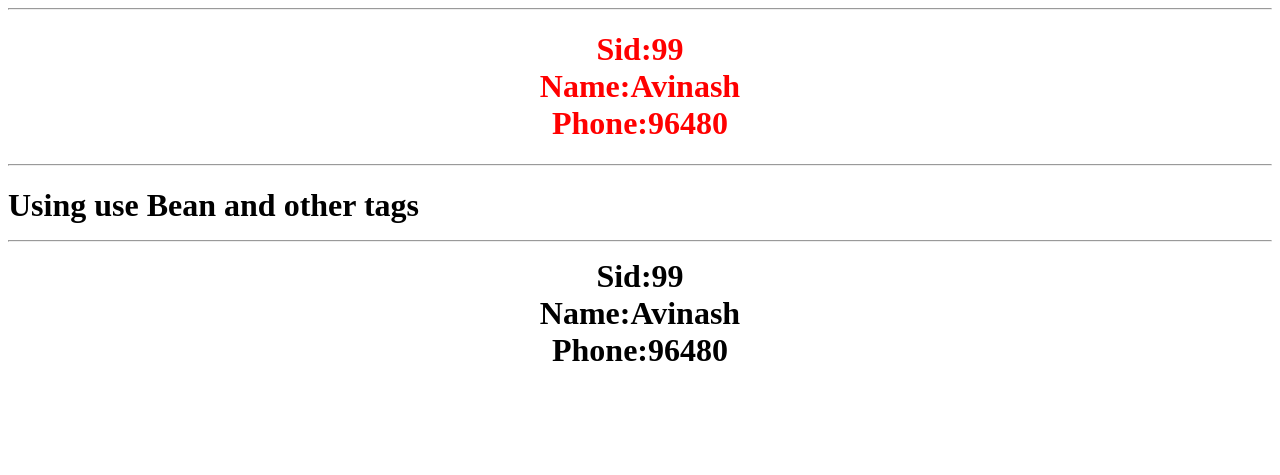
Repository: avinashxr10/Java-Codes
Page: http://localhost/JSP2/
The author's editor kept a copy of each file at every save. The page is drawn from the files as they stood at one save, then again after the next save.
The browser window is 1280 px wide. The pictures show the whole page.
The page is served by Tomcat 9.

Above is the page before, as saved 2021-12-29 16:17:09.

### JSP/JSP2/src/main/webapp/index.jsp
<%@ page import="com.jtcindia.jsp.Student"%>
<%@ page language="java" contentType="text/html; charset=ISO-8859-1"
	pageEncoding="ISO-8859-1"%>
<!DOCTYPE html PUBLIC "-//W3C//DTD HTML 4.01 Transitional//EN" "http://www.w3.org/TR/html4/loose.dtd">
<html>
<head>
<meta http-equiv="Content-Type" content="text/html; charset=ISO-8859-1">
<title>JSP-2</title>
</head>
<body>

	<%
	Student st = new Student();
	st.setSid(99);
	st.setName("Avinash");
	st.setPhone(96480);
	session.setAttribute("STUD", st);
	%>
	<hr>

	<%
	Student std = (Student) session.getAttribute("STUD");
	%>

	<h1 bgcolor="lightblue">
		<center>
			<font color="red">Sid:<%=std.getSid()%><br>Name:<%=std.getName()%><br>
				Phone:<%=std.getPhone()%>
			</font>
		</center>

	</h1>
	<hr>
	<h1>
		Using use Bean and other tags
		<jsp:useBean id="STUD" class="com.jtcindia.jsp.Student"
			scope="session"></jsp:useBean>

		<%-- <jsp:setProperty property="sid" name="STUD" value="88" />
		<jsp:setProperty property="name" name="STUD" value="som rai" />
		<jsp:setProperty property="phone" name="STUD" value="9990699111" /> --%>
		<hr>
		<center>
			Sid:<jsp:getProperty property="sid" name="STUD" /><br>Name:<jsp:getProperty
				property="name" name="STUD" /><br>Phone:<jsp:getProperty
				property="phone" name="STUD" />
		</center>

	</h1>

</body>
</html>

### JSP/JSP2/src/main/java/com/jtcindia/jsp/Student.java
package com.jtcindia.jsp;

public class Student {
    private int sid;
    private String name;
    private long phone;

    public int getSid() {
        return sid;
    }

    public void setSid(int sid) {
        this.sid = sid;
    }

    public String getName() {
        return name;
    }

    public void setName(String name) {
        this.name = name;
    }

    public long getPhone() {
        return phone;
    }

    public void setPhone(long phone) {
        this.phone = phone;
    }

}

After the next save:
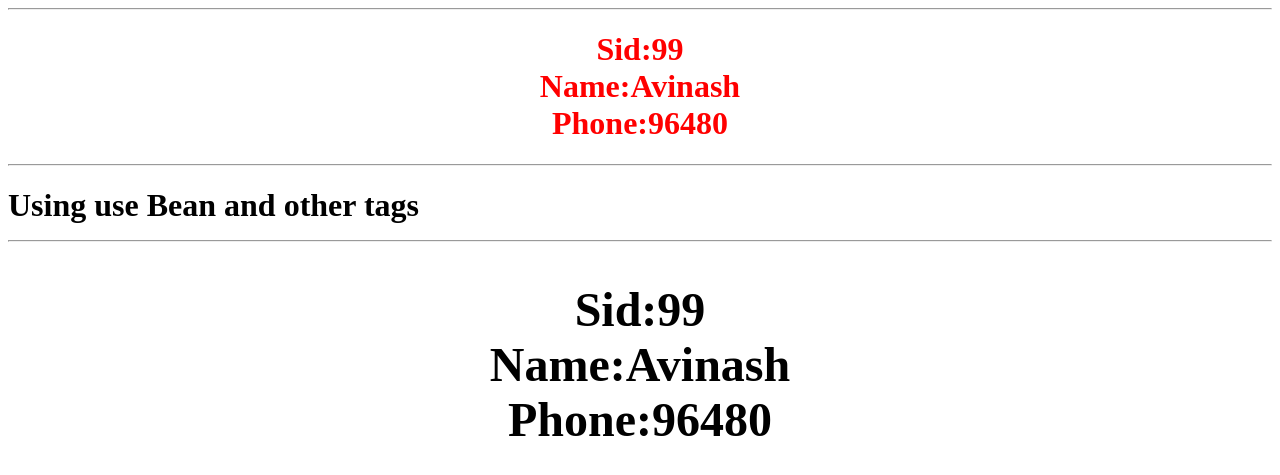
Saved 70 s later.
--- a/JSP/JSP2/src/main/webapp/index.jsp
+++ b/JSP/JSP2/src/main/webapp/index.jsp
@@ -41,9 +41,12 @@
 		<jsp:setProperty property="phone" name="STUD" value="9990699111" /> --%>
 		<hr>
 		<center>
-			Sid:<jsp:getProperty property="sid" name="STUD" /><br>Name:<jsp:getProperty
-				property="name" name="STUD" /><br>Phone:<jsp:getProperty
-				property="phone" name="STUD" />
+			<h2>
+				Sid:<jsp:getProperty property="sid" name="STUD" /><br>Name:<jsp:getProperty
+					property="name" name="STUD" /><br>Phone:<jsp:getProperty
+					property="phone" name="STUD" />
+			</h2>
+
 		</center>
 
 	</h1>
